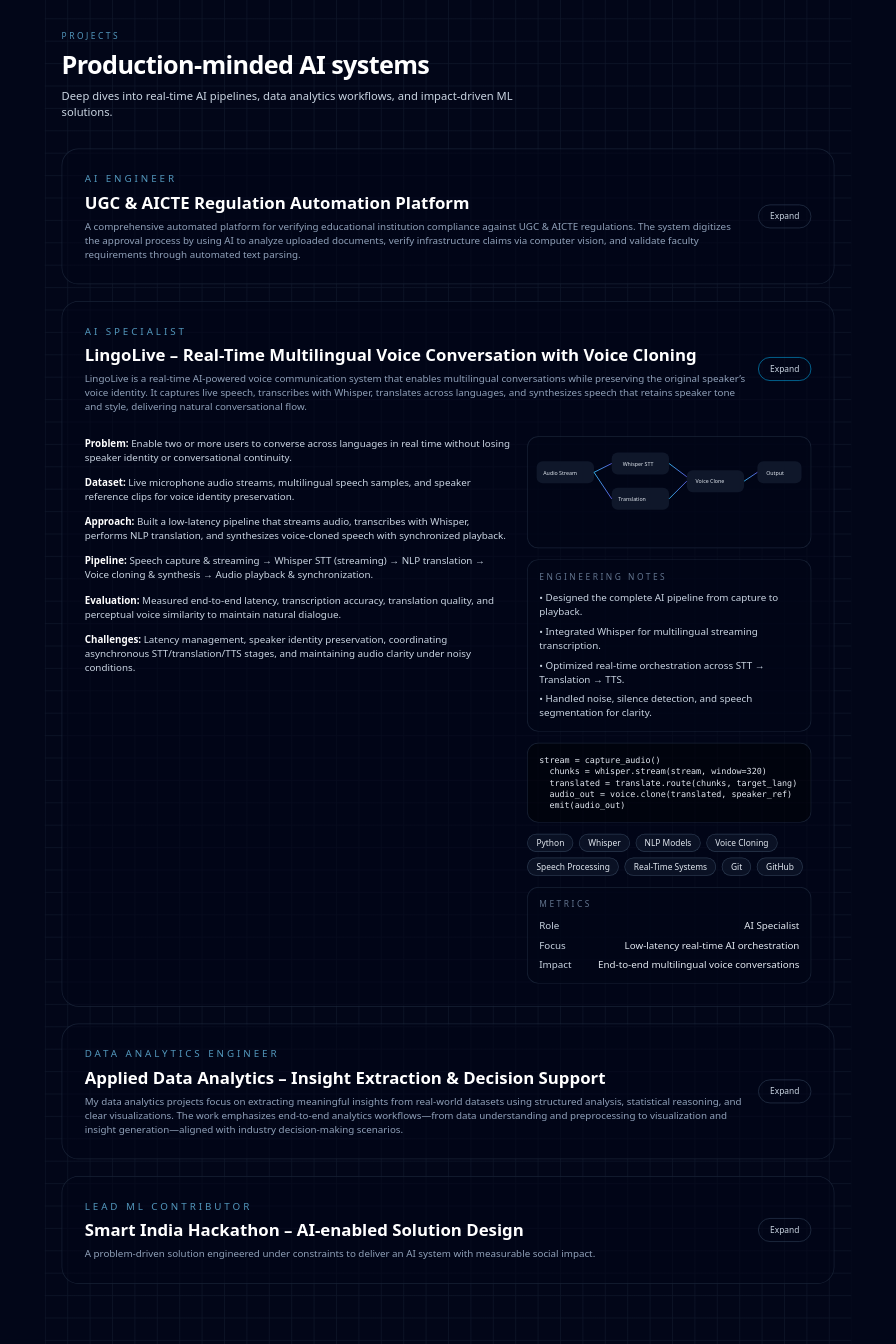
Repository: amitkumar0509/amit-portfolio
Page: /
An editor plug-in stored every save of this project. The page is shown before and after the next save, followed by the edit.
The browser window is 1280 px wide. The pictures show the part of the page from y = 3083 to 5003 px (the page is 8429 px tall before and 8627 px after), at 70% of full size.
The page's requests for data from a server got no answer. The project was rebuilt for these pictures with package versions that can differ from the ones it lists, and the page was loaded fresh each time. The framework's server and built-in components were replaced by stand-ins that run in the browser. No one was signed in, and anything a server would have sent is missing. Also part of the build but not shown: next.config.ts.

Above is the page before, as saved 2026-02-01 00:54:53.

### src/app/layout.tsx
import type { Metadata } from "next";
import { Geist, Geist_Mono } from "next/font/google";
import "./globals.css";

const geistSans = Geist({
  variable: "--font-geist-sans",
  subsets: ["latin"],
});

const geistMono = Geist_Mono({
  variable: "--font-geist-mono",
  subsets: ["latin"],
});

export const metadata: Metadata = {
  title: {
    default: "AI & Machine Learning Engineer | Real-Time Intelligent Systems",
    template: "%s | AI/ML Portfolio",
  },
  description:
    "Production-grade portfolio showcasing ML pipelines, data analytics, and real-time AI systems engineering.",
  metadataBase: new URL(
    process.env.NEXT_PUBLIC_SITE_URL ?? "https://example.com"
  ),
  openGraph: {
    title: "AI & Machine Learning Engineer | Real-Time Intelligent Systems",
    description:
      "Production-grade portfolio with ML pipelines, data-driven systems, and real-time AI engineering.",
    type: "website",
  },
  robots: {
    index: true,
    follow: true,
  },
};

export default function RootLayout({
  children,
}: Readonly<{
  children: React.ReactNode;
}>) {
  return (
    <html lang="en">
      <body
        className={`${geistSans.variable} ${geistMono.variable} bg-slate-950 text-slate-100 antialiased`}
      >
        {children}
      </body>
    </html>
  );
}

### src/app/page.tsx
import { Hero } from "@/components/sections/Hero";
import { About } from "@/components/sections/About";
import { Skills } from "@/components/sections/Skills";
import { Projects } from "@/components/sections/Projects";
import { ExperienceTimeline } from "@/components/sections/ExperienceTimeline";
import { Achievements } from "@/components/sections/Achievements";
import { GitHubSignals } from "@/components/sections/GitHubSignals";
import { Contact } from "@/components/sections/Contact";
import { ModelPipelineExplorer } from "@/components/sections/ModelPipelineExplorer";
import { TerminalPanel } from "@/components/sections/TerminalPanel";
import { AIAssistant } from "@/components/sections/AIAssistant";
import { Nav } from "@/components/layout/Nav";
import { Footer } from "@/components/layout/Footer";

export default function Home() {
  return (
    <div className="min-h-screen bg-slate-950 text-white">
      <Nav />
      <main className="lab-grid mx-auto max-w-6xl px-6">
        <Hero />
        <About />
        <Skills />
        <ModelPipelineExplorer />
        <Projects />
        <ExperienceTimeline />
        <Achievements />
        <GitHubSignals />
        <TerminalPanel />
        <AIAssistant />
        <Contact />
      </main>
      <Footer />
    </div>
  );
}

### src/app/globals.css
@import "tailwindcss";

:root {
  --background: #030712;
  --foreground: #e2e8f0;
  --accent: #38bdf8;
  --accent-strong: #6366f1;
}

@theme inline {
  --color-background: var(--background);
  --color-foreground: var(--foreground);
  --font-sans: var(--font-geist-sans);
  --font-mono: var(--font-geist-mono);
}

body {
  background: var(--background);
  color: var(--foreground);
  font-family: var(--font-sans), Arial, Helvetica, sans-serif;
}

html {
  scroll-behavior: smooth;
}

::selection {
  background: rgba(56, 189, 248, 0.35);
  color: #f8fafc;
}

.lab-grid {
  background-image: linear-gradient(
      rgba(15, 23, 42, 0.7) 1px,
      transparent 1px
    ),
    linear-gradient(90deg, rgba(15, 23, 42, 0.7) 1px, transparent 1px);
  background-size: 32px 32px;
}

@keyframes blink {
  0%, 100% { opacity: 1; }
  50% { opacity: 0; }
}

.animate-blink {
  animation: blink 1s step-end infinite;
}

.mask-radial-fade {
  mask-image: radial-gradient(circle at center, black 30%, transparent 70%);
  -webkit-mask-image: radial-gradient(circle at center, black 30%, transparent 70%);
}

### src/components/sections/About.tsx
import { SectionHeader } from "@/components/common/SectionHeader";

export function About() {
  return (
    <section id="about" className="scroll-mt-24 py-16">
      <div className="rounded-3xl border border-slate-800/80 bg-slate-950/60 p-10">
        <SectionHeader
          eyebrow="About"
          title="Engineering-first ML practitioner"
          description="I build real-time ML systems with a strong foundation in core CS, data analytics, and deployment-aware engineering."
        />
        <div className="mt-8 grid gap-6 text-sm text-slate-300 lg:grid-cols-2">
          <p>
            Strong computer science fundamentals anchor every system I build:
            reliable data structures, algorithmic efficiency, and careful
            complexity analysis. This foundation helps me ship ML workflows that
            are maintainable, testable, and production-ready.
          </p>
          <p>
            My experience spans hackathon problem-solving and internship exposure
            to real datasets. I focus on clean preprocessing, robust pipelines,
            and measurable outcomes rather than buzzwords. The result is ML
            systems that are explainable, fast, and deployable under real-world
            constraints.
          </p>
        </div>
      </div>
    </section>
  );
}

### src/components/sections/AIAssistant.tsx
"use client";

import { SectionHeader } from "@/components/common/SectionHeader";

export function AIAssistant() {
  return (
    <section id="assistant" className="scroll-mt-24 py-16">
      <SectionHeader
        eyebrow="AI Assistant"
        title="Ask about my ML projects"
        description="A placeholder for future conversational retrieval over project documentation."
      />
      <div className="mt-10 rounded-3xl border border-slate-800/80 bg-slate-950/60 p-6">
        <div className="rounded-2xl border border-slate-800/80 bg-slate-950/70 p-4 text-sm text-slate-300">
          AI assistant is offline. This space will host a retrieval-augmented
          assistant for model pipelines, datasets, and experiment results.
        </div>
        <div className="mt-4 flex flex-col gap-3 sm:flex-row">
          <input
            type="text"
            placeholder="Ask about LingoLive, models, or datasets"
            className="flex-1 rounded-full border border-slate-700/80 bg-slate-950/80 px-4 py-3 text-sm text-slate-200 placeholder:text-slate-500"
          />
          <button
            type="button"
            className="rounded-full bg-sky-400/90 px-6 py-3 text-sm font-semibold text-slate-950"
          >
            Ask
          </button>
        </div>
      </div>
    </section>
  );
}

### src/components/layout/Nav.tsx
export function Nav() {
  const links = [
    { href: "#about", label: "About" },
    { href: "#skills", label: "Skills" },
    { href: "#projects", label: "Projects" },
    { href: "#experience", label: "Journey" },
    { href: "#github", label: "GitHub" },
    { href: "#contact", label: "Contact" },
  ];

  return (
    <header className="sticky top-0 z-40 border-b border-slate-900/80 bg-slate-950/70 backdrop-blur">
      <div className="mx-auto flex max-w-6xl items-center justify-between px-6 py-4">
        <div>
          <p className="text-sm font-semibold text-white">
            AI/ML Systems Engineer
          </p>
          <p className="text-xs text-slate-500">
            Real-time AI • Data pipelines • ML deployment
          </p>
        </div>
        <nav className="hidden gap-6 text-xs uppercase tracking-[0.25em] text-slate-400 md:flex">
          {links.map((link) => (
            <a key={link.href} href={link.href} className="hover:text-slate-200">
              {link.label}
            </a>
          ))}
        </nav>
      </div>
    </header>
  );
}

### src/components/layout/Footer.tsx
export function Footer() {
  return (
    <footer className="border-t border-slate-900/80 py-10">
      <div className="mx-auto flex max-w-6xl flex-col items-center justify-between gap-4 px-6 text-xs text-slate-500 sm:flex-row">
        <p>© 2026 AI/ML Portfolio. Built for research-grade engineering.</p>
        <div className="flex gap-4">
          <a href="#projects" className="hover:text-slate-200">
            Projects
          </a>
          <a href="#contact" className="hover:text-slate-200">
            Contact
          </a>
        </div>
      </div>
    </footer>
  );
}

### src/components/common/SectionHeader.tsx
import type { ReactNode } from "react";

type SectionHeaderProps = {
  eyebrow: string;
  title: string;
  description?: ReactNode;
};

export function SectionHeader({ eyebrow, title, description }: SectionHeaderProps) {
  return (
    <div className="space-y-3">
      <p className="text-xs uppercase tracking-[0.3em] text-sky-300/70">
        {eyebrow}
      </p>
      <h2 className="text-3xl font-semibold tracking-tight text-white sm:text-4xl">
        {title}
      </h2>
      {description ? (
        <p className="max-w-2xl text-base text-slate-300">{description}</p>
      ) : null}
    </div>
  );
}

### src/components/common/Pill.tsx
import type { ReactNode } from "react";

type PillProps = {
  children: ReactNode;
};

export function Pill({ children }: PillProps) {
  return (
    <span className="rounded-full border border-slate-700/80 bg-slate-900/70 px-3 py-1 text-xs font-medium text-slate-200">
      {children}
    </span>
  );
}

### src/data/projects.ts
import type { Project } from "@/types/portfolio";

export const projects: Project[] = [
  {
    id: "ugc-regulation",
    name: "UGC & AICTE Regulation Automation Platform",
    role: " AI Engineer",
    summary:
      "A comprehensive automated platform for verifying educational institution compliance against UGC & AICTE regulations. The system digitizes the approval process by using AI to analyze uploaded documents, verify infrastructure claims via computer vision, and validate faculty requirements through automated text parsing.",
    problem:
      "The manual accreditation process for thousands of technical institutions is labor-intensive, slow, and prone to human error and inconsistency.",
    dataset:
      "Institutional compliance documents (PDFs), infrastructure blueprints, and faculty records.",
    approach:
      "Designed a microservices architecture separating the Node.js application logic from the Python AI processing unit. Utilized OCR for text extraction and YOLO models for verifying infrastructure images embedded in documents.",
    pipeline:
      "Document Upload → PDF Parsing & Text Extraction → YOLO Object Detection (Infrastructure) → Rule-Engine Validation → Compliance Report Generation.",
    evaluation:
      "Tested against standard application formats to ensure high accuracy in extracting key compliance metrics (faculty count, land area, lab equipment).",
    challenges:
      "Processing varying PDF formats, integrating real-time Python inference with Node.js backend, and ensuring accurate extraction from low-quality scans.",
    stack: [
      "React",
      "Node.js",
      "Python",
      "Flask",
      "YOLO",
      "MongoDB",
      "OCR",
      "FastAPI",
      "Docker",
      "Git",
      "GitHub",
    ],
    highlights: [
      "Built a dual-stack architecture (Node/Express + Python/Flask).",
      "Implemented YOLOv8 for automated infrastructure verification.",
      "Developed a rule engine to cross-check claims against AICTE norms.",
      "Streamlined the approval workflow with real-time status tracking.",
    ],
    details: [
      { label: "Role", value: "Full Stack & AI Core" },
      { label: "Target", value: "Regulatory Automation" },
      { label: "Tech", value: "Computer Vision + NLP" },
      {
        label: "Repository",
        value: "https://github.com/amitkumar0509/UGC-Aicte-approval-",
      },
    ],
  },
  {
    id: "lingolive",
    name: "LingoLive – Real-Time Multilingual Voice Conversation with Voice Cloning",
    role: "AI Specialist",
    summary:
      "LingoLive is a real-time AI-powered voice communication system that enables multilingual conversations while preserving the original speaker’s voice identity. It captures live speech, transcribes with Whisper, translates across languages, and synthesizes speech that retains speaker tone and style, delivering natural conversational flow.",
    problem:
      "Enable two or more users to converse across languages in real time without losing speaker identity or conversational continuity.",
    dataset:
      "Live microphone audio streams, multilingual speech samples, and speaker reference clips for voice identity preservation.",
    approach:
      "Built a low-latency pipeline that streams audio, transcribes with Whisper, performs NLP translation, and synthesizes voice-cloned speech with synchronized playback.",
    pipeline:
      "Speech capture & streaming → Whisper STT (streaming) → NLP translation → Voice cloning & synthesis → Audio playback & synchronization.",
    evaluation:
      "Measured end-to-end latency, transcription accuracy, translation quality, and perceptual voice similarity to maintain natural dialogue.",
    challenges:
      "Latency management, speaker identity preservation, coordinating asynchronous STT/translation/TTS stages, and maintaining audio clarity under noisy conditions.",
    stack: [
      "Python",
      "Whisper",
      "NLP Models",
      "Voice Cloning",
      "Speech Processing",
      "Real-Time Systems",
      "Git",
      "GitHub",
    ],
    highlights: [
      "Designed the complete AI pipeline from capture to playback.",
      "Integrated Whisper for multilingual streaming transcription.",
      "Optimized real-time orchestration across STT → Translation → TTS.",
      "Handled noise, silence detection, and speech segmentation for clarity.",
    ],
    details: [
      { label: "Role", value: "AI Specialist" },
      { label: "Focus", value: "Low-latency real-time AI orchestration" },
      { label: "Impact", value: "End-to-end multilingual voice conversations" },
    ],
  },
  {
    id: "data-analytics",
    name: "Applied Data Analytics – Insight Extraction & Decision Support",
    role: "Data Analytics Engineer",
    summary:
      "My data analytics projects focus on extracting meaningful insights from real-world datasets using structured analysis, statistical reasoning, and clear visualizations. The work emphasizes end-to-end analytics workflows—from data understanding and preprocessing to visualization and insight generation—aligned with industry decision-making scenarios.",
    problem:
      "Transform raw, inconsistent datasets into decision-ready insights that explain trends, behavior, and operational bottlenecks.",
    dataset:
      "Multi-source datasets including public CSVs, transactional logs, app usage data, and domain-specific records.",
    approach:
      "Built repeatable cleaning + preprocessing workflows, ran EDA to surface patterns, engineered features, and delivered narrative insights with targeted visualizations.",
    pipeline:
      "Data collection & understanding → Data cleaning & preprocessing → Exploratory data analysis (EDA) → Feature engineering → Insight extraction → Visualization & reporting.",
    evaluation:
      "Validated insights through consistency checks, trend validation, and stakeholder-aligned KPIs to ensure actionable outcomes.",
    challenges:
      "Handling missing values, noisy inputs, schema drift, and aligning analysis outputs to real business questions.",
    stack: ["Python", "Pandas", "NumPy", "SQL", "Matplotlib", "Seaborn"],
    highlights: [
      "Project: videogame",
      "Project: UBER",
      "Project: retail_sales",
      "Project: realstate",
      "Project: PHONEPE",
      "Project: ola",
      "Project: IPLK",
      "Project: Instagram_sugar_cosmetic",
      "Project: FOOD WASTE MANAGEMENT",
      "Project: flight analysis",
      "Project: bird_monitoring",
      "Project: Bikedekho",
    ],
    details: [
      { label: "Input Types", value: "CSV, API data, scraped HTML" },
      { label: "Focus", value: "End-to-end analytics workflows" },
      { label: "Outputs", value: "EDA reports, dashboards, KPI insights" },
      {
        label: "Project Archive",
        value:
          "https://drive.google.com/drive/folders/1JYek9jk-A4R9f5nql0mByXZQw25kCNia?usp=sharing",
      },
    ],
  },
  {
    id: "sih",
    name: "Smart India Hackathon – AI-enabled Solution Design",
    role: "Lead ML Contributor",
    summary:
      "A problem-driven solution engineered under constraints to deliver an AI system with measurable social impact.",
    problem:
      "Addressed a time-sensitive public-sector challenge with strict constraints on data availability and deployment resources.",
    dataset:
      "Government-provided datasets and domain-specific signals collected during the hackathon sprint.",
    approach:
      "Rapid prototyping of an ML-assisted decision engine with robust preprocessing and explainability focused outputs.",
    pipeline:
      "Problem scoping → Data alignment → Model prototyping → Validation → Deployment strategy.",
    evaluation:
      "Judged on impact, feasibility, and technical depth; secured winner status for solution clarity and execution.",
    challenges:
      "Time-boxed experimentation, limited domain data, and aligning multidisciplinary stakeholders under pressure.",
    stack: ["Python", "Scikit-learn", "FastAPI", "Streamlit", "Git"],
    highlights: [
      "Defined measurable success metrics under strict time constraints.",
      "Delivered a working prototype with explainable model outputs.",
      "Led team collaboration for data sourcing and system integration.",
    ],
    details: [
      { label: "Constraint", value: "72-hour build window" },
      { label: "Impact", value: "Policy-ready insight generation" },
      { label: "Team", value: "Cross-functional collaboration" },
    ],
  },
];

### src/data/timeline.ts
import type { TimelineItem } from "@/types/portfolio";

export const timeline: TimelineItem[] = [
  {
    id: "labmentix",
    title: "Data Analytics Intern – Labmentix",
    subtitle: "Applied analytics on real datasets",
    period: "2024",
    description:
      "Worked with production-style datasets to clean, transform, and extract decision-ready insights. Focused on reproducible pipelines and KPI-focused reporting.",
    signals: ["Real datasets", "Industry exposure", "Analytics reporting"],
  },
  {
    id: "btech",
    title: "B.Tech in Computer Science Engineering",
    subtitle: "Core CS + AI/ML learning progression",
    period: "2021 – 2025",
    description:
      "Deepened foundations in algorithms, databases, and systems while specializing in ML, NLP, and real-time AI pipelines.",
    signals: ["Core CS", "ML fundamentals", "Systems thinking"],
  },
];

### src/data/achievements.ts
import type { Achievement } from "@/types/portfolio";

export const achievements: Achievement[] = [
  {
    id: "sih-winner",
    title: "Smart India Hackathon Winner",
    description:
      "Recognized for delivering a high-impact AI solution under tight constraints with clear engineering trade-offs.",
    year: "2025",
    image: {
      src: "/images/sih-winner.png",
      alt: "Smart India Hackathon winner ceremony group photo",
    },
  },
  {
    id: "hackathons",
    title: "Hackathon Finalist & Rapid Prototyping",
    description:
      "Multiple hackathon finals with focus on translating research ideas into deployable prototypes.",
    year: "2024 – 2025",
  },
  {
    id: "certs",
    title: "Data Analytics Certifications",
    description:
      "Targeted certifications focused on model evaluation, data analytics, and pipeline design.",
    year: "2026",
    image: {
      src: "/images/image.png",
      alt: "Data Analytics Certification",
    },
  },
];

### src/data/terminal.ts
import type { TerminalCommand } from "@/types/portfolio";

export const terminalCommands: TerminalCommand[] = [
  {
    id: "explain-lingolive",
    command: "explain lingolive",
    output: [
      "Pipeline: audio → Whisper STT → translation routing → prosody alignment → voice cloning → stream",
      "Latency target: < 900ms for short utterances",
      "Focus: preserve speaker identity while maintaining intelligibility",
    ],
  },
  {
    id: "list-models",
    command: "list models",
    output: [
      "- Whisper (streaming speech-to-text)",
      "- Transformer-based translation model",
      "- Speaker-conditioned voice synthesis",
      "- Evaluation harness (WER, MOS, latency budget)",
    ],
  },
  {
    id: "show-skills",
    command: "show skills",
    output: [
      "Core: Python, SQL, Data Structures, Algorithms",
      "Data: Pandas, NumPy, Feature Engineering, EDA",
      "ML: Supervised/Unsupervised, NLP, Whisper, Translation, Voice Cloning",
      "Engineering: Git, APIs, Deployment awareness",
    ],
  },
];

Loaded but not shown: src/components/sections/Hero.tsx (257 lines, source omitted); src/components/sections/Projects.tsx (224 lines, source omitted); src/components/sections/Contact.tsx (145 lines, source omitted); src/components/sections/GitHubSignals.tsx (87 lines, source omitted); src/components/sections/Skills.tsx (84 lines, source omitted); src/components/sections/ModelPipelineExplorer.tsx (87 lines, source omitted); src/components/sections/TerminalPanel.tsx (51 lines, source omitted); src/components/three/NeuralScene.tsx (56 lines, source omitted); src/components/sections/Achievements.tsx (45 lines, source omitted); src/components/sections/ExperienceTimeline.tsx (41 lines, source omitted); src/data/skills.ts (49 lines, source omitted); src/lib/github.ts (59 lines, source omitted)

After the next save:
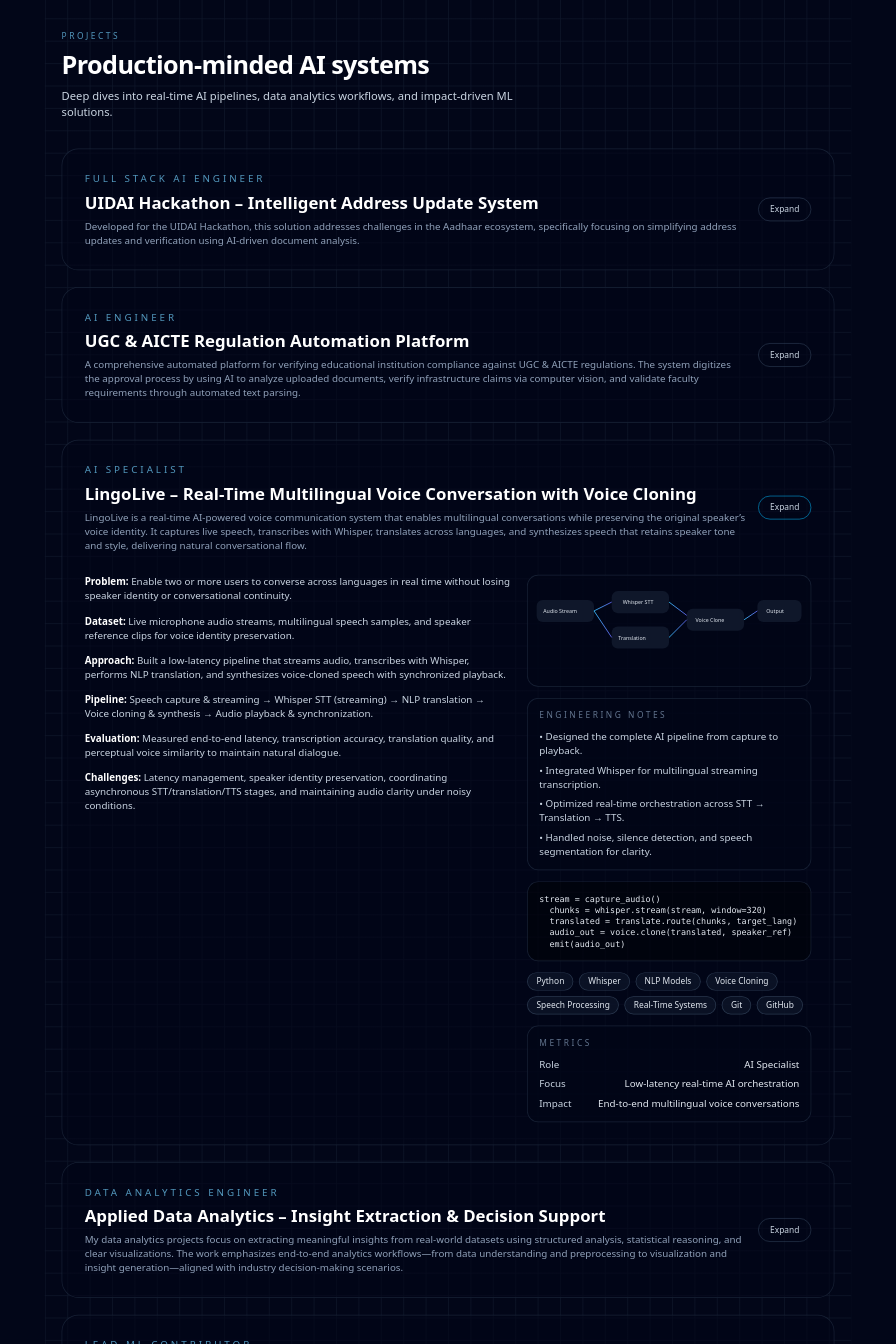
Saved 15 min 15 s later.
--- a/src/data/projects.ts
+++ b/src/data/projects.ts
@@ -1,6 +1,38 @@
 import type { Project } from "@/types/portfolio";
 
 export const projects: Project[] = [
+  {
+    id: "uidai-hackathon",
+    name: "UIDAI Hackathon – Intelligent Address Update System",
+    role: "Full Stack AI Engineer",
+    summary:
+      "Developed for the UIDAI Hackathon, this solution addresses challenges in the Aadhaar ecosystem, specifically focusing on simplifying address updates and verification using AI-driven document analysis.",
+    problem:
+      "Simplifying the complex process of demographic updates while ensuring strict security and fraud prevention standards.",
+    dataset: "Synthetic Aadhaar data and document samples for verification.",
+    approach:
+      "Implemented a secure portal that utilizes OCR and NLP to automatically extract and verify address details from uploaded documents, reducing manual verification overhead.",
+    pipeline:
+      "User Authentication → Document Upload → OCR Text Extraction → Cross-referencing with Input → Validity Scoring → Update Request Processing.",
+    evaluation:
+      "Assessed on accuracy of data extraction, processing speed, and adherence to UIDAI's security guidelines.",
+    challenges:
+      "Handling various document formats, ensuring data privacy, and preventing fraudulent document submissions.",
+    stack: ["React", "Node.js", "Python", "OCR", "MongoDB"],
+    highlights: [
+      "Designed a user-friendly interface for seamless address updates.",
+      "Integrated AI-based document verification to reduce rejection rates.",
+      "Ensured compliance with data privacy and security standards.",
+    ],
+    details: [
+      { label: "Event", value: "UIDAI Hackathon" },
+      { label: "Focus", value: "Digital Identity & Security" },
+      {
+        label: "Repository",
+        value: "https://github.com/amitkumar0509/UIDAI-HACKATHON",
+      },
+    ],
+  },
   {
     id: "ugc-regulation",
     name: "UGC & AICTE Regulation Automation Platform",
